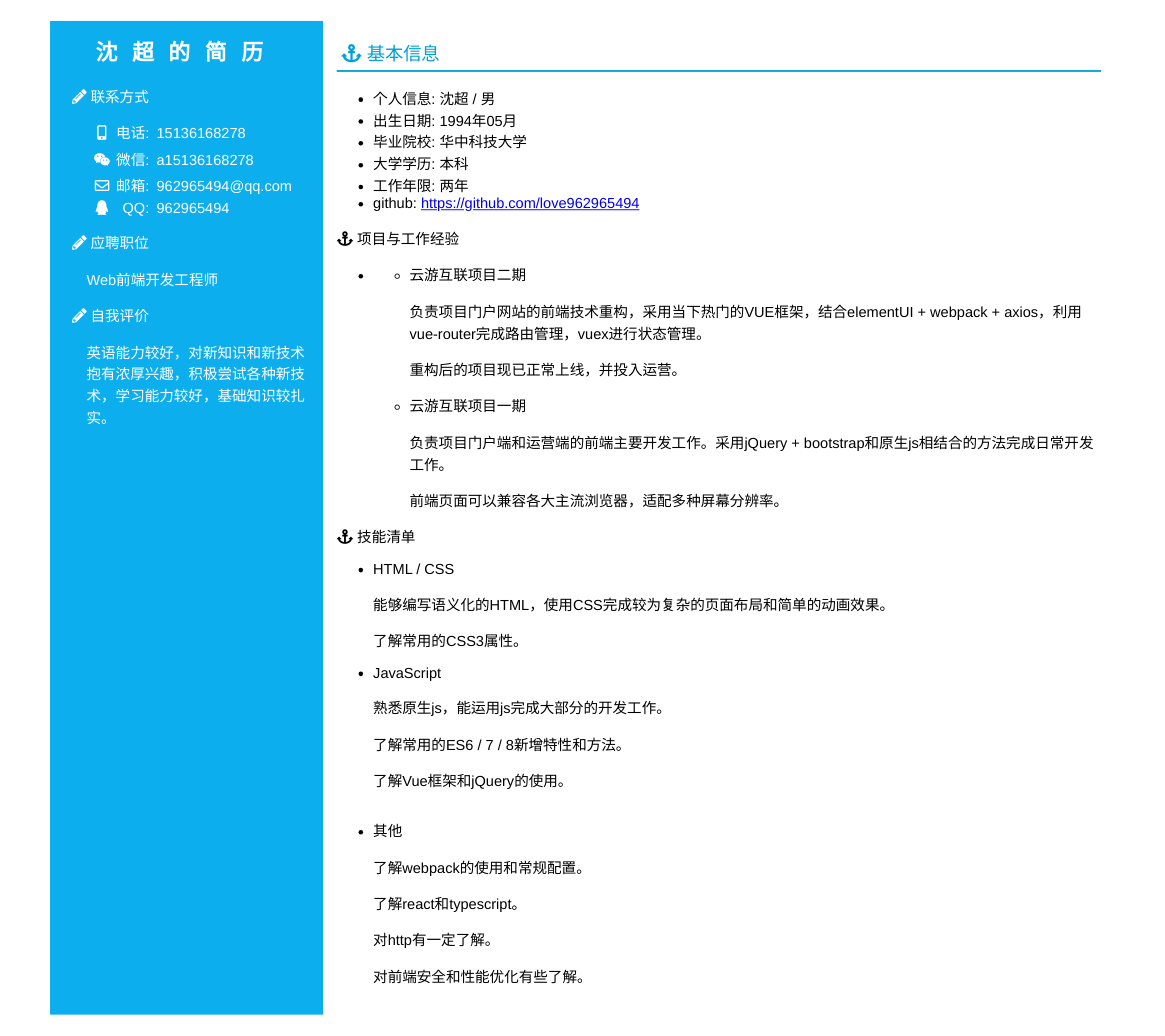
Repository: love962965494/my-resume
Page: index.html
An editor plug-in stored every save of this project. The page is shown before and after the next save, followed by the edit.
The browser window is 1280 px wide. The pictures show the whole page, at 91% of full size.
Some web libraries are served in a nearby version. The style sheet was rebuilt from its Sass, Less or Tailwind sources for each picture, by a compiler version that may differ from the author's.

Above is the page before, as saved 2018-09-02 17:52:46.

After the next save:
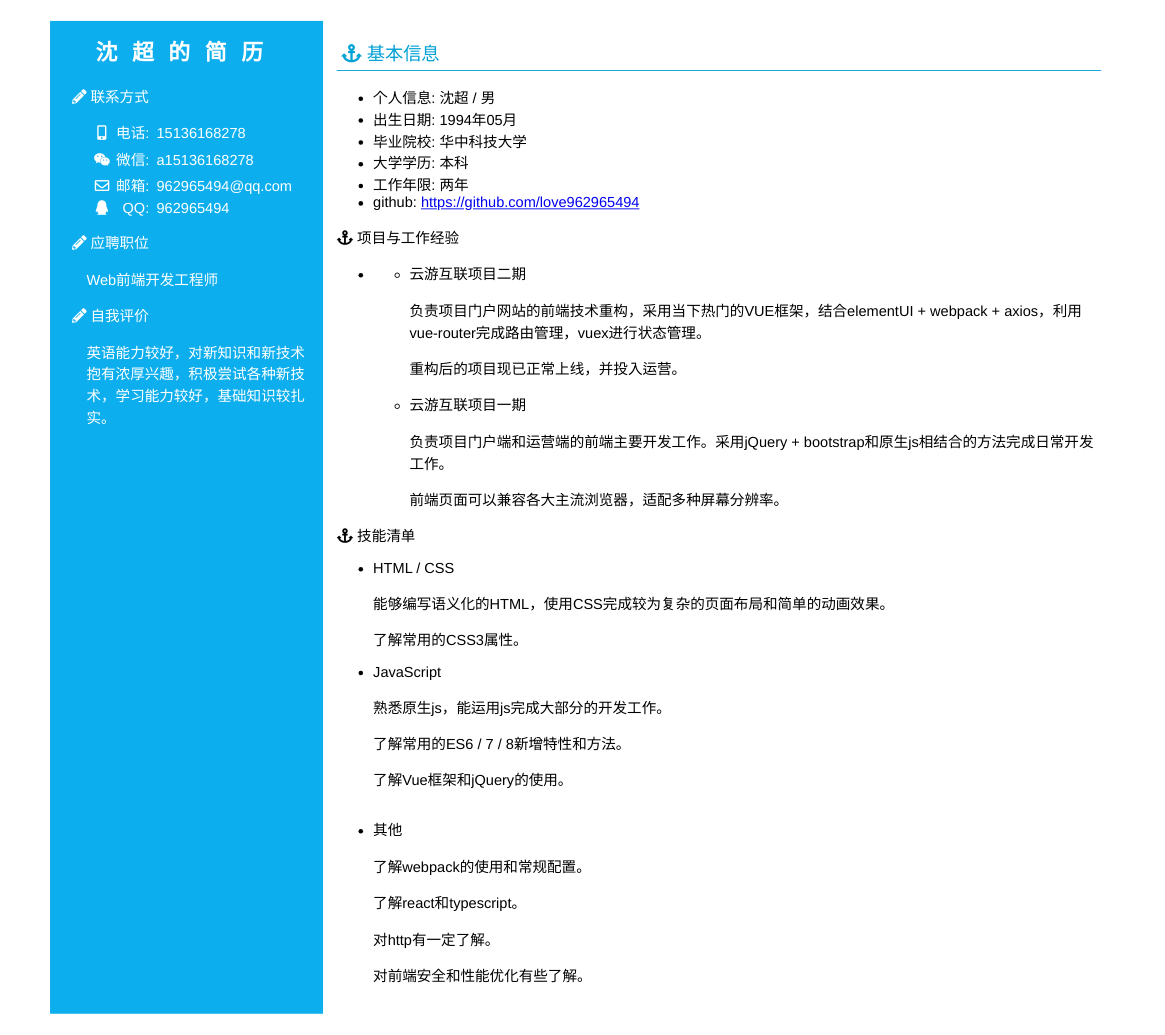
Saved 28 s later.
--- a/styles/myResume.scss
+++ b/styles/myResume.scss
@@ -114,7 +114,7 @@
 
   @mixin header {
     padding: 5px;
-    border-bottom: 2px solid currentColor;
+    border-bottom: 1px solid currentColor;
     color: #00A1D6;
     font-size: 20px;
   }
